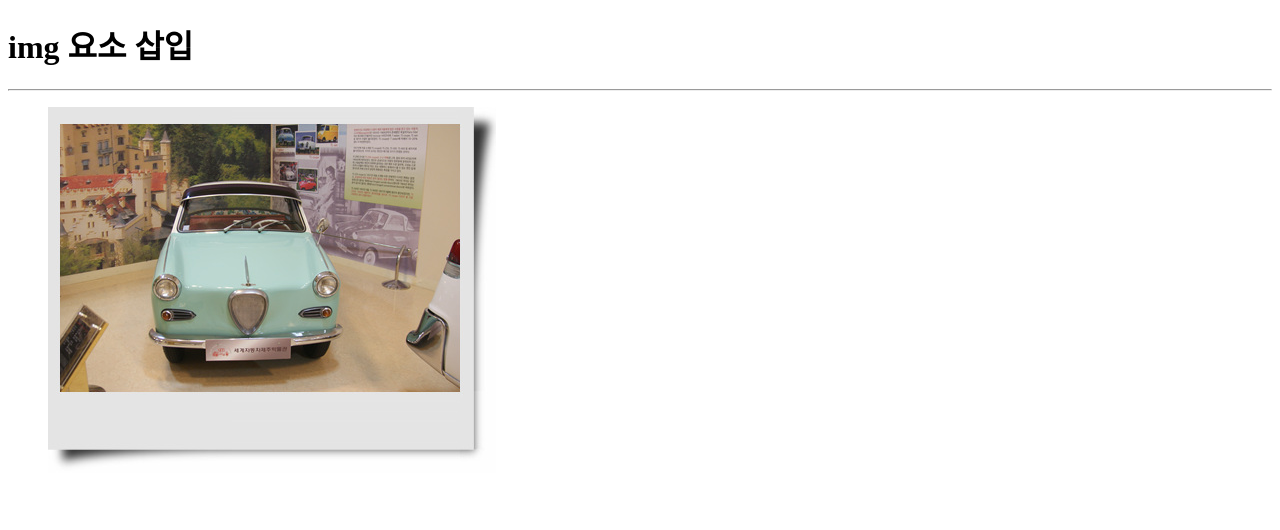
Repository: ghkdtpehd/java_html
Page: 01_HTML/src/main/webapp/Ex03.html
An editor plug-in stored every save of this project. The page is shown before and after the next save, followed by the edit.
The browser window is 1280 px wide. The pictures show the whole page.

Above is the page before, as saved 2021-06-28 01:32:20.

### 01_HTML/src/main/webapp/Ex03.html
<!DOCTYPE html>
<html>
<head>
<meta charset="UTF-8">
<title>Ex03</title>
</head>
<body>
	<h1>img 요소 삽입</h1>
	<hr>

	<div>
		<figure>
			<img src="images/car/car2.jpg">
		</figure>
	</div>
</body>
</html>

After the next save:
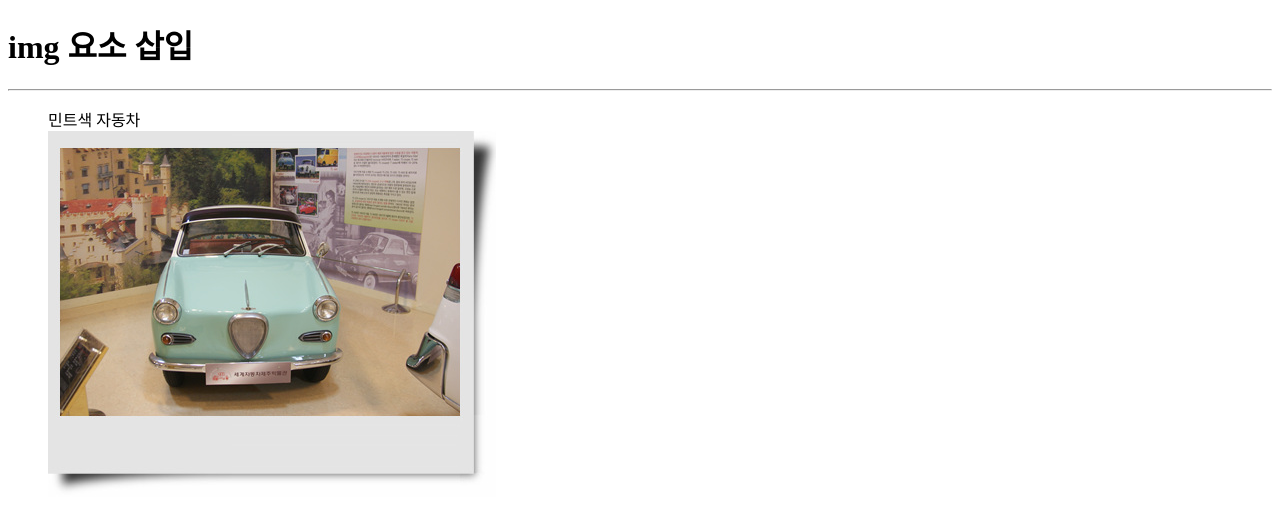
Saved 31 s later.
--- a/01_HTML/src/main/webapp/Ex03.html
+++ b/01_HTML/src/main/webapp/Ex03.html
@@ -10,6 +10,7 @@
 
 	<div>
 		<figure>
+			<figcaption>민트색 자동차</figcaption>
 			<img src="images/car/car2.jpg">
 		</figure>
 	</div>
